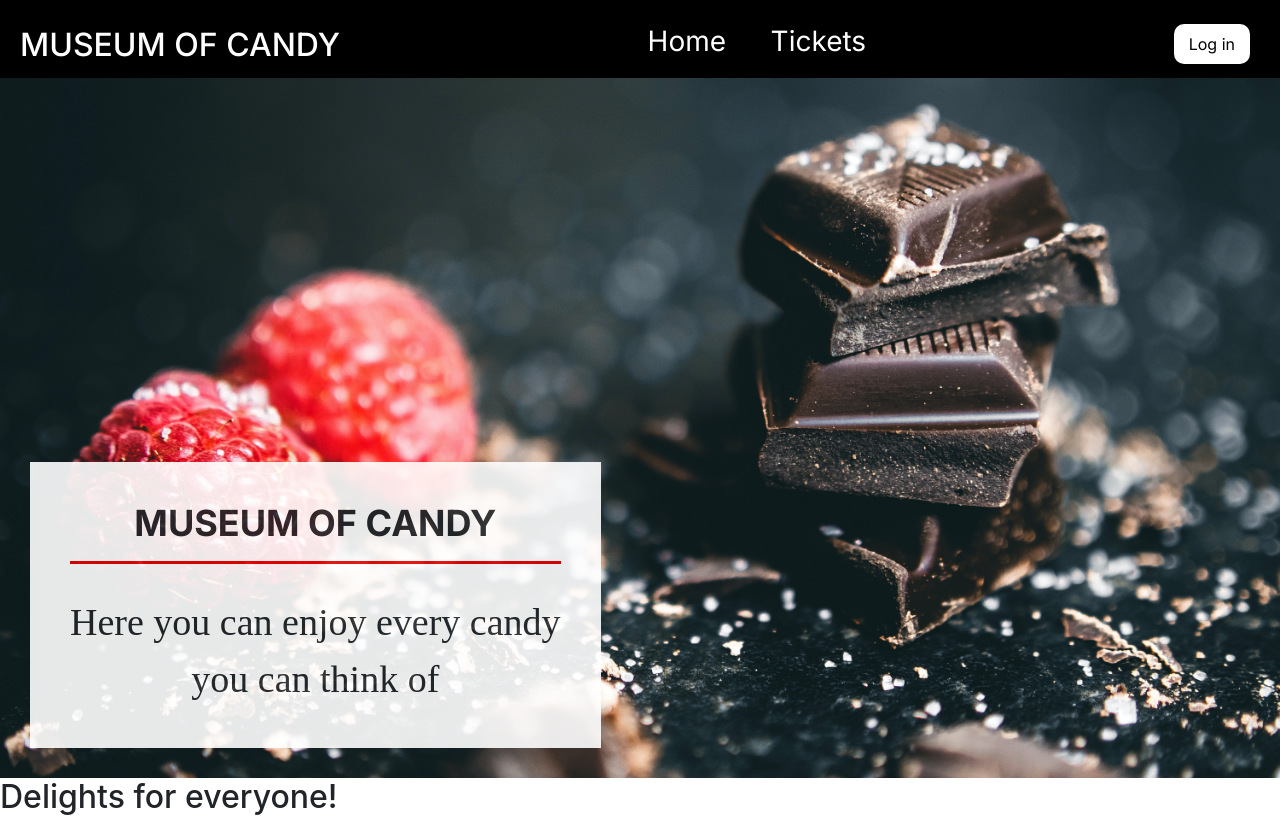
Repository: m-koparanova/MuseumOfCandy
Page: index.html
The author's editor kept a copy of each file at every save. The page is drawn from the files as they stood at one save, then again after the next save.
The browser window is 1280 px wide. The pictures show the whole page.
Some web fonts or font styles are not loaded; a fallback is used.

Above is the page before, as saved 2023-03-05 20:14:52.

### index.html
<!DOCTYPE html>
<html lang="en">
<head>
    <meta charset="UTF-8">
    <meta http-equiv="X-UA-Compatible" content="IE=edge">
    <meta name="viewport" content="width=device-width, initial-scale=1.0">
    <title>Document</title>
    <link rel="stylesheet" href="https://cdn.jsdelivr.net/npm/bootstrap@4.6.2/dist/css/bootstrap.min.css" integrity="sha384-xOolHFLEh07PJGoPkLv1IbcEPTNtaed2xpHsD9ESMhqIYd0nLMwNLD69Npy4HI+N" crossorigin="anonymous">

    <link rel="stylesheet" href="style.css">

</head>
<body>
    <nav class="nav-bar">
        <div class="top-nav">
            <h2 class="logo">MUSEUM OF CANDY</h2>
            <ul>
                <li class="nav"><a href="#">Home</a></li>
                <li class="nav"><a href="#">Tickets</a></li>
            </ul>
            <button class="button">Log in</button>
        </div>

    </nav>

    <tbody>
        <div class="image-container">
            <img src="pics\pexels-lisa-fotios-918327.jpg" alt="" class="image">
            <div class="text-container">
                <h3>MUSEUM OF CANDY</h3>
                <hr>
                <p>Here you can enjoy every candy<br>you can think of</p>
            </div>
        </div>

        <div>
            <h2 class="delights-text" id="delights-text">Delights for everyone!</h2>
        </div>
    </tbody>


    <script src="https://cdn.jsdelivr.net/npm/jquery@3.5.1/dist/jquery.slim.min.js" integrity="sha384-DfXdz2htPH0lsSSs5nCTpuj/zy4C+OGpamoFVy38MVBnE+IbbVYUew+OrCXaRkfj" crossorigin="anonymous"></script>
    <script src="https://cdn.jsdelivr.net/npm/bootstrap@4.6.2/dist/js/bootstrap.bundle.min.js" integrity="sha384-Fy6S3B9q64WdZWQUiU+q4/2Lc9npb8tCaSX9FK7E8HnRr0Jz8D6OP9dO5Vg3Q9ct" crossorigin="anonymous"></script>

</body>
</html>

### style.css
@import url('https://fonts.googleapis.com/css2?family=Inter:wght@100;200;300;400;500;600;700;800;900&display=swap');
@import url('https://fonts.googleapis.com/css2?family=Italianno&display=swap');


*{
    margin: 0;
    padding: 0;
}

.nav-bar{
    background: black;
}

.logo {
    font-family: 'Inter', sans-serif, bold;
    color: white;
}

.top-nav{
    display: flex;
    align-items: center;
    justify-content: space-between;
    padding-top: 20px;
    padding-left: 20px;

}

.top-nav ul li{
    display: inline-block;
    list-style-type: none;
    padding-left: 20px;
    padding-right: 20px;
    font-family: 'Inter', sans-serif;
    font-size: 28px;
}

.top-nav ul li a{
    text-decoration: none;
    color: white;
}

.top-nav ul li a:hover{
    color: rgb(215, 5, 5);
    transition: .3s;
}

.button{
    border: none;
    background: white;
    border-radius: 10px;
    padding: 8px 15px 8px 15px;
    margin-right: 30px;
    margin-bottom: 10px;
    font-family: 'Inter', sans-serif;
    text-align: center;
}

.button:hover{
    background: rgb(215, 5, 5);
    color: white;
}

.image-container {
    position: relative;
    text-align: center;
}

.image{
    object-fit: cover;
    width: 100%;
    height: 700px;
}

.text-container{
    position: absolute;
    bottom: 30px;
    left: 30px;
    background: white;
    opacity: 90%;
    padding: 40px 40px 40px 40px ;
}

.image-container div hr{
    border-width: 3px;
    opacity: 100%;
    background: red;
}
.image-container div h3{
    font-family: "Inter", sans-serif;
    font-size: 36px;
    font-weight: 700;
}

.image-container div p{
    font-family: 'Italianno', cursive;
    font-size: 38px;
    margin-top: 30px;
    margin-bottom: 0px;
}

After the next save:
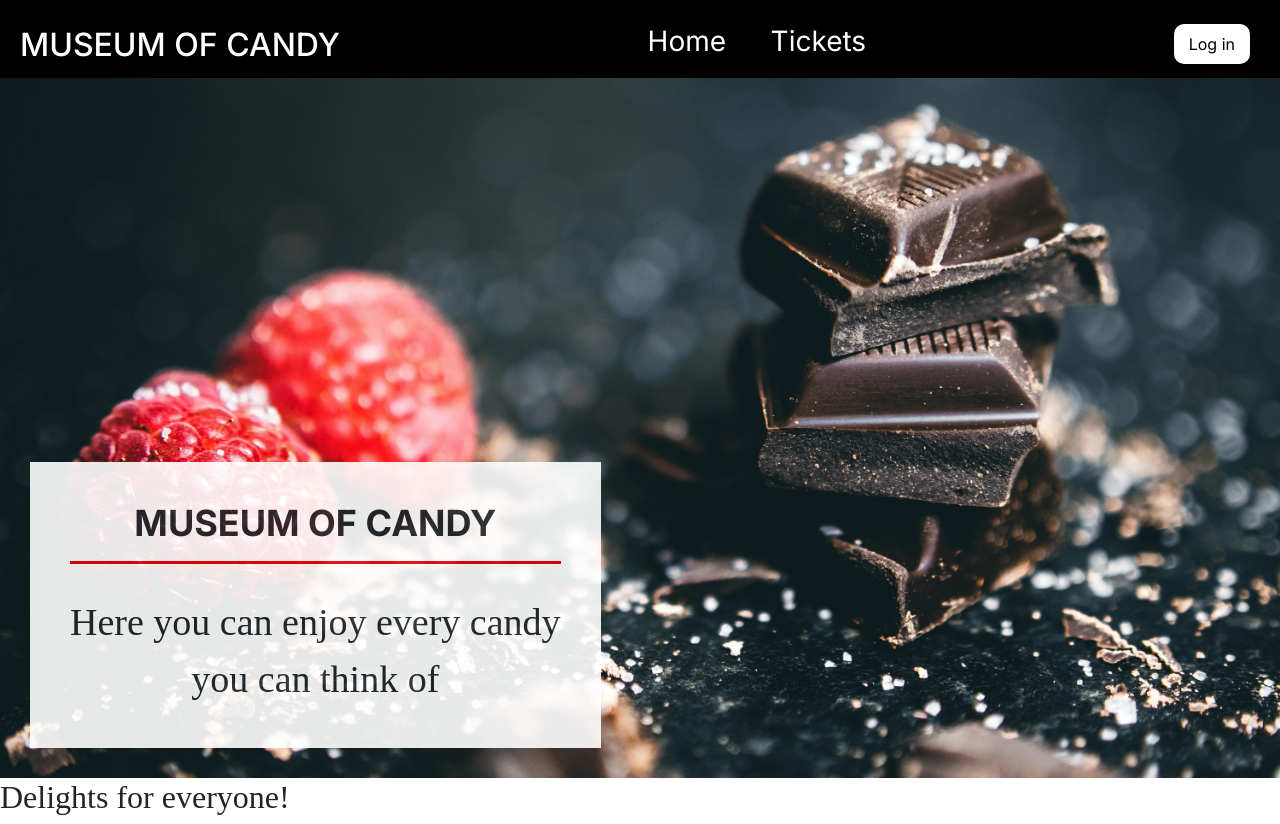
Saved 35 s later.
--- a/style.css
+++ b/style.css
@@ -97,3 +97,8 @@
     margin-top: 30px;
     margin-bottom: 0px;
 }
+
+.delights-text{
+    font-family: 'Italianno', cursive;
+
+}
